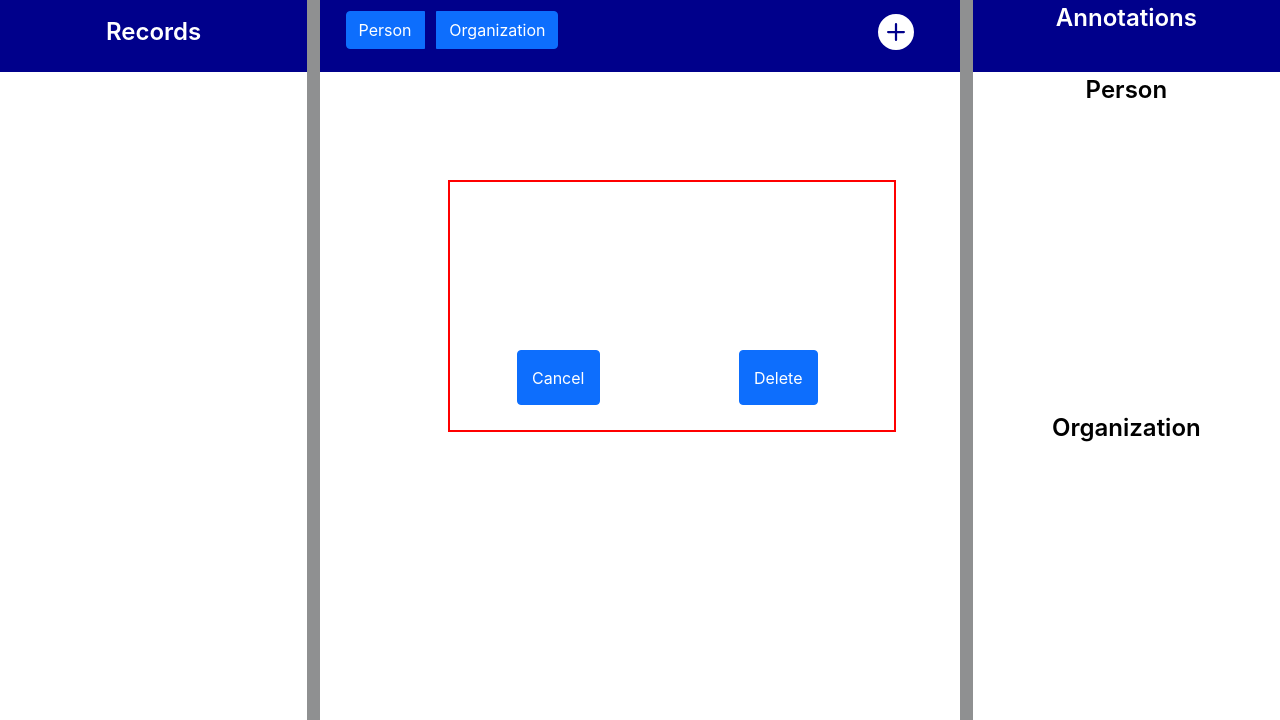
Repository: napan24/classforma_assignment
Page: / (app in client/)
An editor plug-in stored every save of this project. The page is shown before and after a run of saves, followed by the edit.
The browser window is 1280 px wide. The pictures show the whole page.
The project was rebuilt for these pictures with package versions that can differ from the ones it lists, and the page was loaded fresh each time. Also part of the build but not shown: client/src/App.css.

Above is the page before, as saved 2022-07-20 16:44:09.

### client/public/index.html
<!DOCTYPE html>
<html lang="en">
  <head>
    <meta charset="utf-8" />
    <link rel="icon" href="%PUBLIC_URL%/favicon.ico" />
    <meta name="viewport" content="width=device-width, initial-scale=1" />
    <meta name="theme-color" content="#000000" />
    <meta
      name="description"
      content="Web site created using create-react-app"
    />
    <link href="https://cdn.jsdelivr.net/npm/bootstrap@5.1.3/dist/css/bootstrap.min.css" rel="stylesheet" integrity="sha384-1BmE4kWBq78iYhFldvKuhfTAU6auU8tT94WrHftjDbrCEXSU1oBoqyl2QvZ6jIW3" crossorigin="anonymous">
    <link rel="apple-touch-icon" href="%PUBLIC_URL%/logo192.png" />
    <!--
      manifest.json provides metadata used when your web app is installed on a
      user's mobile device or desktop. See https://developers.google.com/web/fundamentals/web-app-manifest/
    -->
    <link rel="manifest" href="%PUBLIC_URL%/manifest.json" />
    <!--
      Notice the use of %PUBLIC_URL% in the tags above.
      It will be replaced with the URL of the `public` folder during the build.
      Only files inside the `public` folder can be referenced from the HTML.

      Unlike "/favicon.ico" or "favicon.ico", "%PUBLIC_URL%/favicon.ico" will
      work correctly both with client-side routing and a non-root public URL.
      Learn how to configure a non-root public URL by running `npm run build`.
    -->
    <title>React App</title>
  </head>
  <body>
    <noscript>You need to enable JavaScript to run this app.</noscript>
    <div id="root"></div>
    <!--
      This HTML file is a template.
      If you open it directly in the browser, you will see an empty page.

      You can add webfonts, meta tags, or analytics to this file.
      The build step will place the bundled scripts into the <body> tag.

      To begin the development, run `npm start` or `yarn start`.
      To create a production bundle, use `npm run build` or `yarn build`.
    -->
    <script src="https://cdn.jsdelivr.net/npm/bootstrap@5.1.3/dist/js/bootstrap.bundle.min.js" integrity="sha384-ka7Sk0Gln4gmtz2MlQnikT1wXgYsOg+OMhuP+IlRH9sENBO0LRn5q+8nbTov4+1p" crossorigin="anonymous"></script>
  </body>
</html>

### client/src/App.js
import logo from './logo.svg';
import './App.css';
import Home from './Home';

function App() {
  return (
    <>
      <Home></Home>
    </>
  );
}

export default App;

### client/src/Home.js
'strict origin'
import React, { useState, useEffect } from 'react'
const Home = () => {
    const [textField, setTextField] = useState();
    const [person, setPerson] = useState();
    const [place, setPlace] = useState();
    const [personName, setPersonName] = useState(['']);
    const [placeName, setPlaceName] = useState(['']);
    useEffect(() => {
        if (textField) {
            trending();
        }
    }, [textField])
    const trending = async () => {
        const res = await fetch("/", {
            method: 'POST',
            headers: {
                "Content-Type": "application/json"
            },
            body: JSON.stringify({ textField })
        });
        const result = await res.json();
        console.log(result);
        setPerson(result.filter((arr) => arr.type == 'Person'));
        setPlace(result.filter((arr) => arr.type[0] == 'Place' || arr.type[0] == 'PopulatedPlace' || arr.type[0] == 'Settlement' || arr.type[0] == 'City'));
    };
    useEffect(() => {
        setPersonName(['']);
        if (person) {
            person.forEach(function (arrayItem) {
                setPersonName(curr => [...curr, arrayItem.entityId]);
            });
        }
    }, [person])
    useEffect(() => {
        setPlaceName(['']);
        if (place) {
            console.log(place);
            place.forEach(function (arrayItem) {
                setPlaceName(curr => [...curr, arrayItem.entityId]);
            });
        }
    }, [place])
    const showFile = async (e) => {
        e.preventDefault()
        const reader = new FileReader()
        reader.onload = async (e) => {
            const text = (e.target.result)
            setTextField(text);
        };
        reader.readAsText(e.target.files[0])
    }
    function replace(e) {
        var data = e.currentTarget.parentElement.querySelector('.userName').innerHTML;
        setTextField(textField.replace(data, ''));
    }
    return (
        <>
            <div style={{ height: "35vh", width: "35vw", backgroundColor: "white", position: "absolute", zIndex: '2', left: "35%", top: "25%", border: "2px solid red" }}>
                <button type="button" class="btn btn-primary" style={{ marginRight: "1vw",position:"absolute",bottom:"10%",left:"15%",padding:"2vh" }}>Cancel</button>
                <button onClick={(e) => { replace(e) }} style={{ marginRight: "1vw",position:"absolute",bottom:"10%",left:"65%",padding:"2vh" }} type="button" class="btn btn-primary">Delete</button>
            </div>
            <div style={{ display: 'flex', width: "100vw", height: "100vh", backgroundColor: "#8f9091", overflow: "hidden" }}>
                <div style={{ width: "24vw", height: "100vh", backgroundColor: "white", marginRight: "1vw" }}>
                    <div style={{ width: "24vw", height: "10vh", backgroundColor: "#00008b", textAlign: 'center', fontSize: '150%', color: "white", fontWeight: "600", position: "fixed" }}>
                        <p style={{ marginTop: "2vh" }}>
                            Records
                        </p>
                    </div>
                    <div>

                    </div>
                </div>
                <div style={{ width: "50vw", height: "100vh", backgroundColor: "white", marginRight: "1vw", overflowY: "unset" }}>
                    <div style={{ width: "50vw", height: "10vh", backgroundColor: "#00008b", position: 'relative', overflowY: 'hidden' }}>
                        <div class="btn-group" style={{ marginTop: "1.5vh", marginLeft: "2vw" }}>
                            <button type="button" class="btn btn-primary" style={{ marginRight: "1vw" }}>Person</button>
                            <button type="button" class="btn btn-primary">Organization</button>
                        </div>
                        <label for="file">
                            <svg style={{ width: "20%", height: "50%", position: "absolute", right: "0", top: "2vh", color: "white" }} xmlns="http://www.w3.org/2000/svg" fill="currentColor" class="bi bi-plus-circle-fill" viewBox="0 0 16 16">
                                <path d="M16 8A8 8 0 1 1 0 8a8 8 0 0 1 16 0zM8.5 4.5a.5.5 0 0 0-1 0v3h-3a.5.5 0 0 0 0 1h3v3a.5.5 0 0 0 1 0v-3h3a.5.5 0 0 0 0-1h-3v-3z" />
                            </svg>
                        </label>
                        <input type="file" id="file" onChange={(e) => showFile(e)} style={{ display: "none" }} />
                    </div>
                    <div style={{ width: "48vw", height: "85vh", marginLeft: "2vw", marginTop: "5vh", overflowY: "scroll" }}>
                        {textField}
                    </div>
                </div>
                <div style={{ width: "24vw", height: "100vh", backgroundColor: "white" }}>
                    <div style={{ width: "24vw", height: "10vh", backgroundColor: "#00008b", textAlign: 'center', fontSize: '150%', color: "white", fontWeight: "600" }}>
                        <p>
                            Annotations
                        </p>
                    </div>
                    <div style={{ width: "24vw", height: "5vh", backgroundColor: "white", textAlign: 'center', fontSize: '150%', color: "black", fontWeight: "600", marginBottom: "2vh" }}>
                        <p>
                            Person
                        </p>
                    </div>
                    <div style={{ maxWidth: "24vw", height: "40vh", backgroundColor: "white", textAlign: 'center', fontSize: '150%', color: "black", fontWeight: "600", zIndex: "2", overflowY: "scroll", overflowX: "hidden" }}>
                        {personName && personName.map((user) => (
                            user.length > 0 && <div style={{ width: "24vw", color: "black", height: "3vh", fontSize: "2vh", position: 'relative', borderBottom: '1px solid black' }}>
                                <span className='userName' style={{ width: "12vw" }}>
                                    {user}
                                </span>
                                <svg style={{ width: "3.5vw", height: "3.5vh", position: 'absolute', right: "0vw", top: "0vh" }} xmlns="http://www.w3.org/2000/svg" style={{ height: "3vh", width: "2vw", color: 'red' }} fill="currentColor" class="bi bi-x" viewBox="0 0 16 16">
                                    <path d="M4.646 4.646a.5.5 0 0 1 .708 0L8 7.293l2.646-2.647a.5.5 0 0 1 .708.708L8.707 8l2.647 2.646a.5.5 0 0 1-.708.708L8 8.707l-2.646 2.647a.5.5 0 0 1-.708-.708L7.293 8 4.646 5.354a.5.5 0 0 1 0-.708z" />
                                </svg>
                            </div>
                        ))}
                    </div>
                    <div style={{ width: "24vw", height: "5vh", backgroundColor: "white", textAlign: 'center', fontSize: '150%', color: "black", fontWeight: "600", marginBottom: "2vh" }}>
                        <p>
                            Organization
                        </p>
                    </div>
                    <div style={{ width: "24vw", height: "40vh", backgroundColor: "white", textAlign: 'center', fontSize: '150%', color: "black", fontWeight: "600", overflowY: "scroll" }}>
                        {placeName && placeName.map((user) => (
                            user.length > 0 && <div style={{ width: "24vw", color: "black", height: "3vh", fontSize: "2vh", position: 'relative', borderBottom: '1px solid black' }}>
                                <span className='userName' style={{ width: "12vw" }}>
                                    {user}
                                </span>
                                <svg style={{ width: "3.5vw", height: "3.5vh", position: 'absolute', right: "0vw", top: "0vh" }} xmlns="http://www.w3.org/2000/svg" style={{ height: "3vh", width: "2vw", color: 'red' }} fill="currentColor" class="bi bi-x" viewBox="0 0 16 16">
                                    <path d="M4.646 4.646a.5.5 0 0 1 .708 0L8 7.293l2.646-2.647a.5.5 0 0 1 .708.708L8.707 8l2.647 2.646a.5.5 0 0 1-.708.708L8 8.707l-2.646 2.647a.5.5 0 0 1-.708-.708L7.293 8 4.646 5.354a.5.5 0 0 1 0-.708z" />
                                </svg>
                            </div>
                        ))}
                    </div>
                </div>
            </div>
        </>
    )
}

export default Home

Loaded but not shown: client/src/index.js (common file); client/src/index.css (common file); client/src/reportWebVitals.js (common file)

After the next 2 saves:
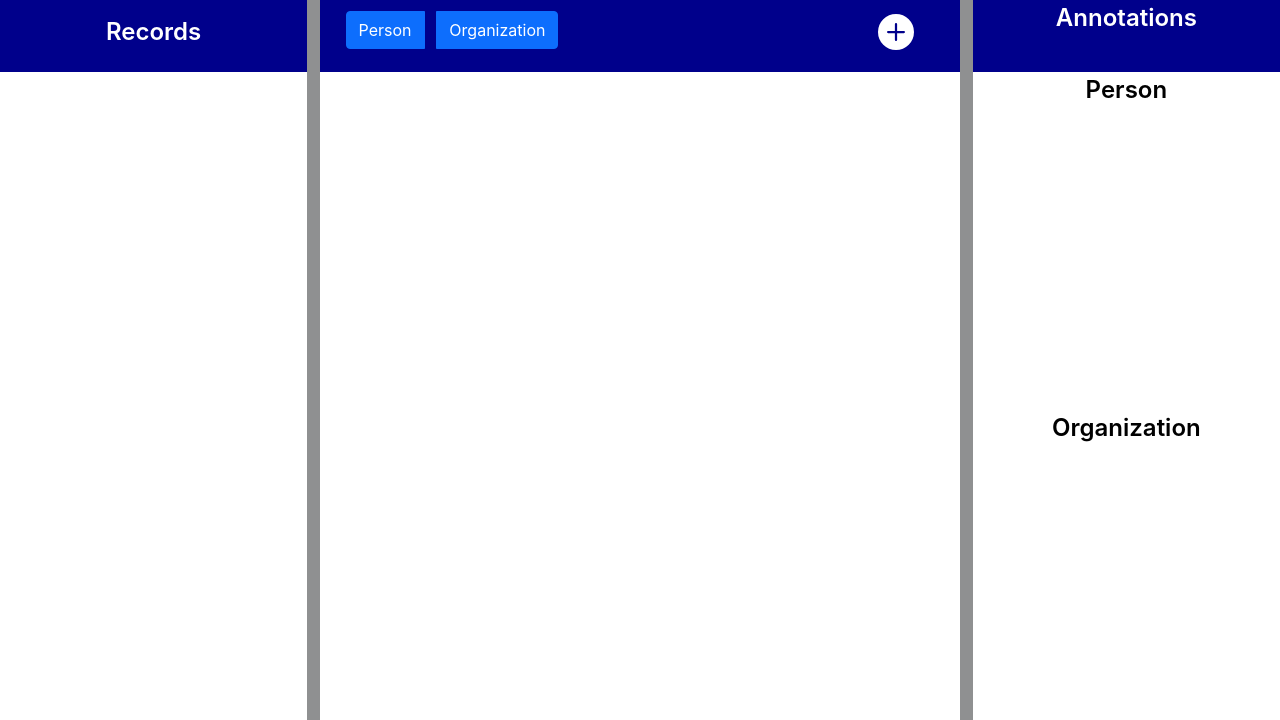
The 2 saves are shown as one change because 1 did not build or start.
The last was saved 5 min 29 s later.
--- a/client/src/Home.js
+++ b/client/src/Home.js
@@ -54,10 +54,18 @@ const Home = () => {
         var data = e.currentTarget.parentElement.querySelector('.userName').innerHTML;
         setTextField(textField.replace(data, ''));
     }
+    function showAlert(id) {
+        if (document.getElementById(id).style.display == "inline-block") {
+            document.getElementById(id).style.display = "none";
+        }
+        else {
+            document.getElementById(id).style.display = "inline-block";
+        }
+    }
     return (
         <>
-            <div style={{ height: "35vh", width: "35vw", backgroundColor: "white", position: "absolute", zIndex: '2', left: "35%", top: "25%", border: "2px solid red" }}>
-                <button type="button" class="btn btn-primary" style={{ marginRight: "1vw",position:"absolute",bottom:"10%",left:"15%",padding:"2vh" }}>Cancel</button>
+            <div id="alert" style={{ display:"none",height: "35vh", width: "35vw", backgroundColor: "white", position: "absolute", zIndex: '2', left: "35%", top: "25%", border: "2px solid red" }}>
+                <button onClick={()=>{showAlert("alert")}} type="button" class="btn btn-primary" style={{ marginRight: "1vw",position:"absolute",bottom:"10%",left:"15%",padding:"2vh" }}>Cancel</button>
                 <button onClick={(e) => { replace(e) }} style={{ marginRight: "1vw",position:"absolute",bottom:"10%",left:"65%",padding:"2vh" }} type="button" class="btn btn-primary">Delete</button>
             </div>
             <div style={{ display: 'flex', width: "100vw", height: "100vh", backgroundColor: "#8f9091", overflow: "hidden" }}>
@@ -105,7 +113,7 @@ const Home = () => {
                                 <span className='userName' style={{ width: "12vw" }}>
                                     {user}
                                 </span>
-                                <svg style={{ width: "3.5vw", height: "3.5vh", position: 'absolute', right: "0vw", top: "0vh" }} xmlns="http://www.w3.org/2000/svg" style={{ height: "3vh", width: "2vw", color: 'red' }} fill="currentColor" class="bi bi-x" viewBox="0 0 16 16">
+                                <svg onClick={()=>{showAlert("alert")}} style={{ width: "3.5vw", height: "3.5vh", position: 'absolute', right: "0vw", top: "0vh" }} xmlns="http://www.w3.org/2000/svg"fill="currentColor" class="bi bi-x" viewBox="0 0 16 16">
                                     <path d="M4.646 4.646a.5.5 0 0 1 .708 0L8 7.293l2.646-2.647a.5.5 0 0 1 .708.708L8.707 8l2.647 2.646a.5.5 0 0 1-.708.708L8 8.707l-2.646 2.647a.5.5 0 0 1-.708-.708L7.293 8 4.646 5.354a.5.5 0 0 1 0-.708z" />
                                 </svg>
                             </div>
@@ -122,7 +130,7 @@ const Home = () => {
                                 <span className='userName' style={{ width: "12vw" }}>
                                     {user}
                                 </span>
-                                <svg style={{ width: "3.5vw", height: "3.5vh", position: 'absolute', right: "0vw", top: "0vh" }} xmlns="http://www.w3.org/2000/svg" style={{ height: "3vh", width: "2vw", color: 'red' }} fill="currentColor" class="bi bi-x" viewBox="0 0 16 16">
+                                <svg onClick={()=>{showAlert("alert")}} style={{ width: "3.5vw", height: "3.5vh", position: 'absolute', right: "0vw", top: "0vh" }} xmlns="http://www.w3.org/2000/svg" fill="currentColor" class="bi bi-x" viewBox="0 0 16 16">
                                     <path d="M4.646 4.646a.5.5 0 0 1 .708 0L8 7.293l2.646-2.647a.5.5 0 0 1 .708.708L8.707 8l2.647 2.646a.5.5 0 0 1-.708.708L8 8.707l-2.646 2.647a.5.5 0 0 1-.708-.708L7.293 8 4.646 5.354a.5.5 0 0 1 0-.708z" />
                                 </svg>
                             </div>
